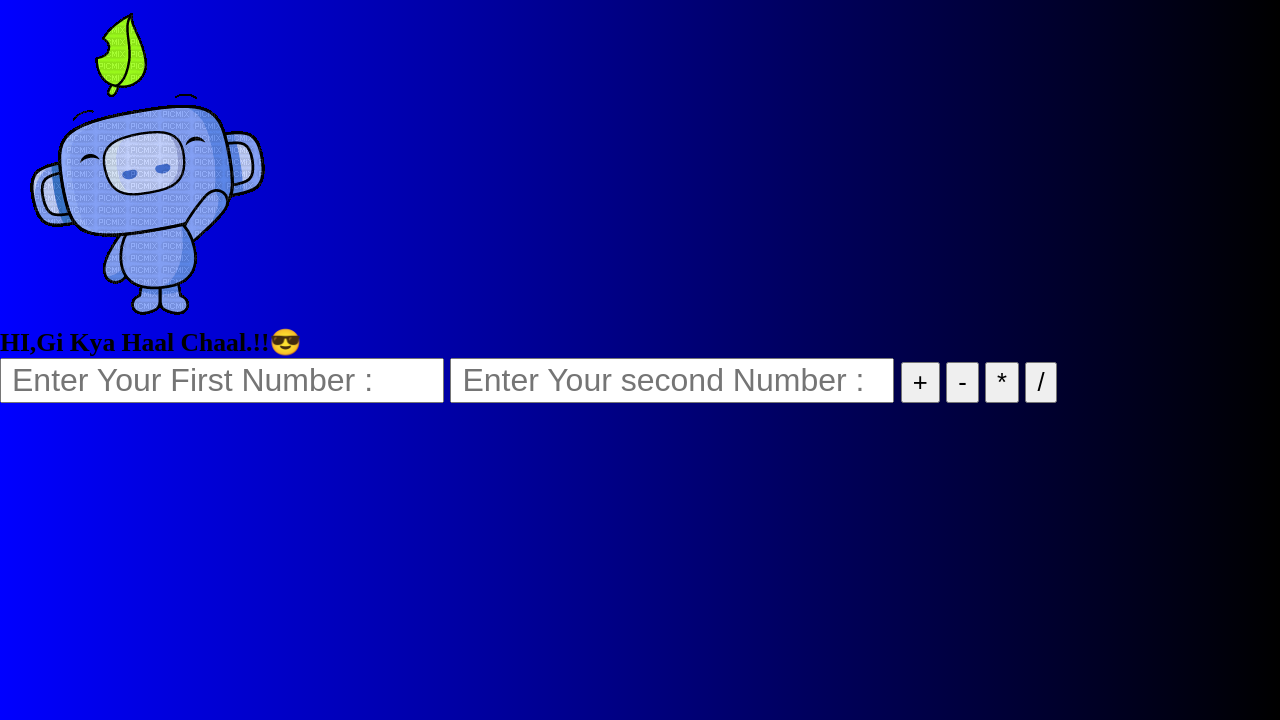
Repository: Deepak-Mane1902/simple-Calculator-using-JSP-Servlet
Page: webProject/src/main/webapp/index.html
These files come from the project's save history. The page is drawn as it stood at one moment and after the next save; the edit follows.
The browser window is 1280 px wide. The pictures show the whole page.

Above is the page before, as saved 2024-12-15 06:45:22.

### webProject/src/main/webapp/index.html
<!DOCTYPE html>
<html>
<head>
<meta charset="UTF-8">
<title>Insert title here</title>
<link rel="stylesheet" href="style.css" >
</head>
<body>
<main>
<img src="images/gip.gif" />
<h1>HI,Gi Kya Haal Chaal.!!😎</h1>
<form>
<input name="firstNum" placeholder="Enter Your First Number : " required/>
<input name="secondNum" placeholder="Enter Your second Number : " required/>
<button>+</button>
<button>-</button>
<button>*</button>
<button>/</button>

</form>
</main>
</body>
</html>

### webProject/src/main/webapp/style.css
*{
	margin:0;
	padding:0;
	font-size:2vw;
}
html,body{
	width:100%;
	height:100%;
		background:linear-gradient(to right, blue,black);
}
main{

}
img{
	width:25%;
}
h1{
	position:relative;
}
input{
	font-size:2.5vw;
	padding:2px 10px;
}
button{
	text-align:center;
	padding: 4px 10px;
}

After the next save:
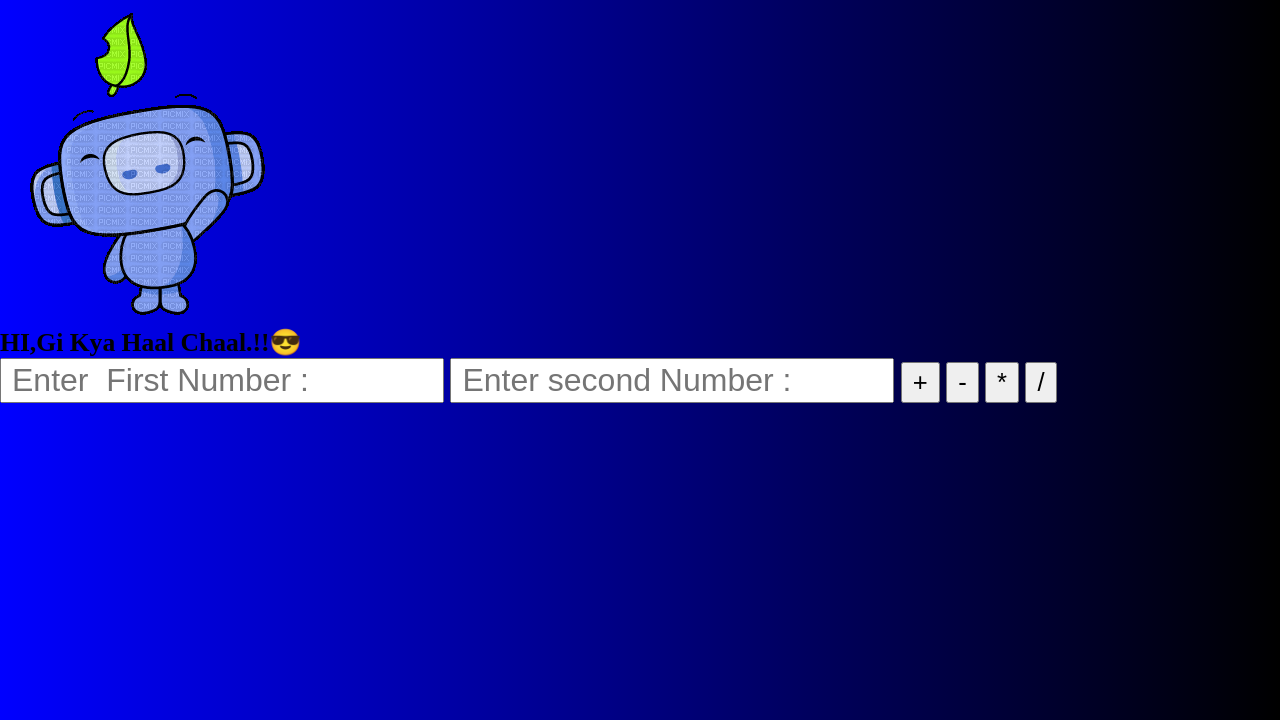
Saved 22 s later.
--- a/webProject/src/main/webapp/index.html
+++ b/webProject/src/main/webapp/index.html
@@ -10,8 +10,8 @@
 <img src="images/gip.gif" />
 <h1>HI,Gi Kya Haal Chaal.!!😎</h1>
 <form>
-<input name="firstNum" placeholder="Enter Your First Number : " required/>
-<input name="secondNum" placeholder="Enter Your second Number : " required/>
+<input name="firstNum" type="number" placeholder="Enter  First Number : " required/>
+<input name="secondNum"  placeholder="Enter second Number : " required/>
 <button>+</button>
 <button>-</button>
 <button>*</button>
